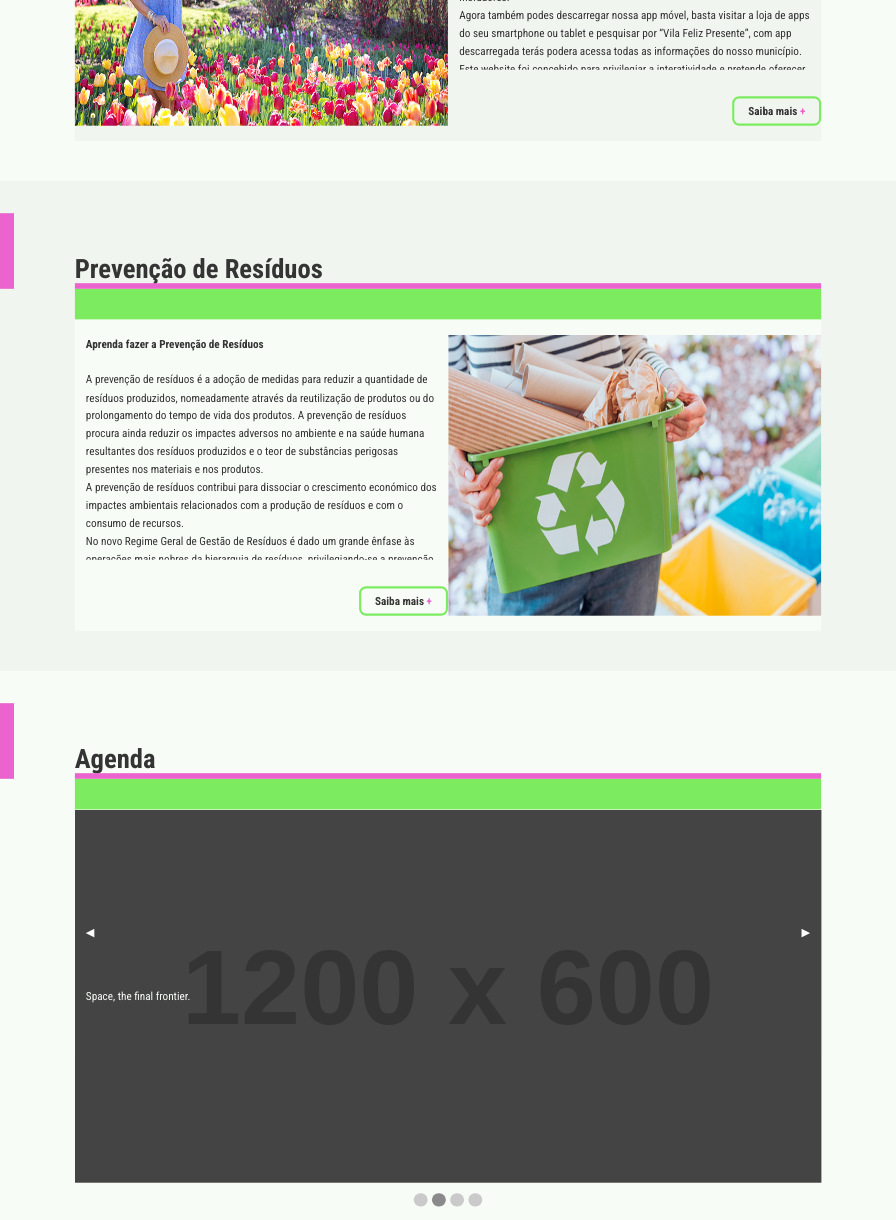
Repository: Goulart94/CmVilaFeliz
Page: index.html
These files come from the project's save history. The page is drawn as it stood at one moment and after the next save; the edit follows.
The browser window is 1280 px wide. The pictures show the part of the page from y = 3402 to 5322 px (the page is 5145 px tall before and 5322 px after), at 70% of full size.
The style sheet was rebuilt from its Sass, Less or Tailwind sources for each picture, by a compiler version that may differ from the author's.

Above is the page before, as saved 2022-05-15 22:18:16.

After the next save:
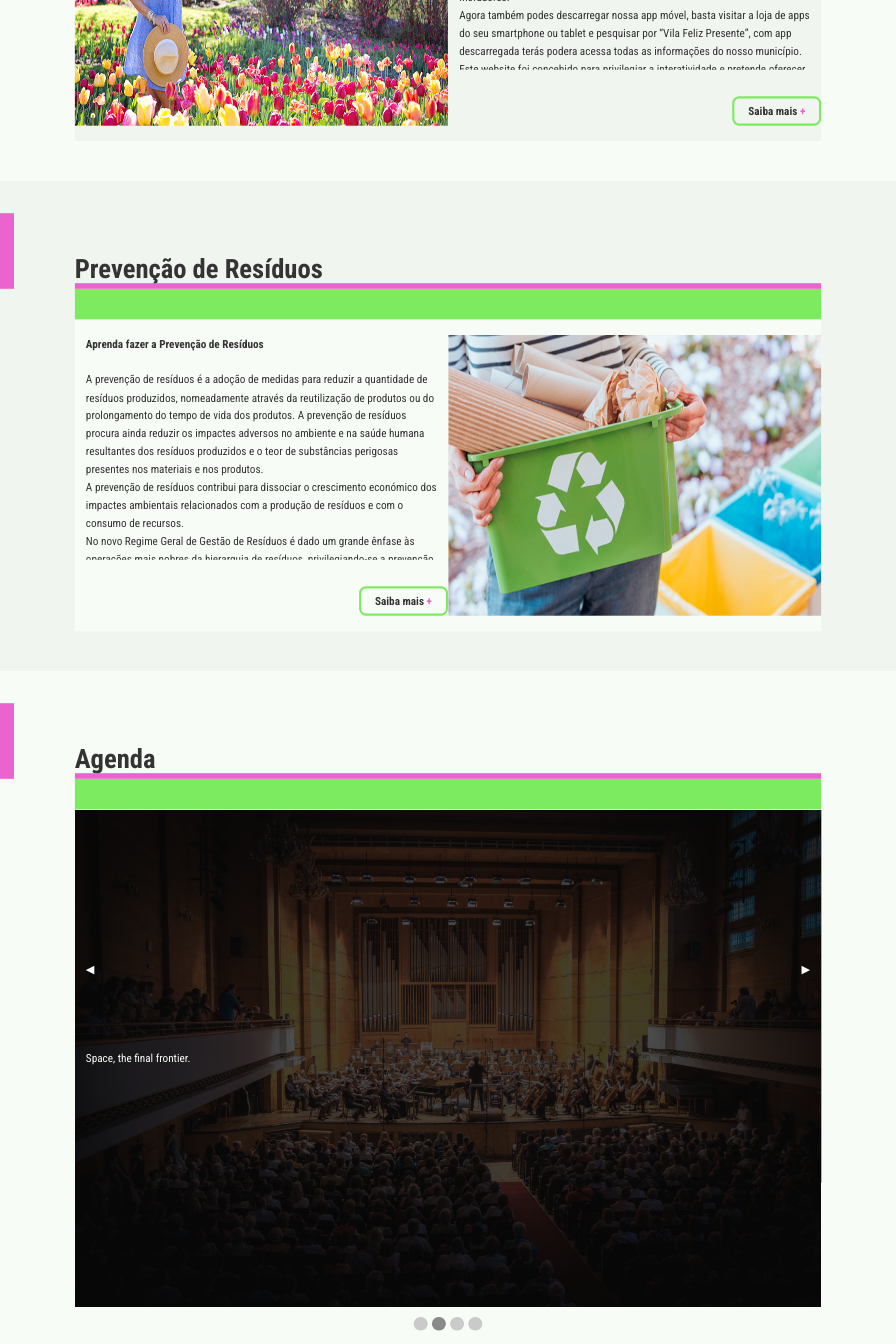
Saved 46 s later.
--- a/index.html
+++ b/index.html
@@ -366,7 +366,7 @@
             <ul class="orbit-container">
               <li class="is-active orbit-slide">
                 <figure class="orbit-figure">
-                  <img class="orbit-image" src="https://placehold.it/1200x600/999?text=Slide-1" alt="Space">
+                  <img class="orbit-image" src="./images/teste1.jpg" alt="Space">
                   <figcaption class="orbit-caption">Space, the final frontier.</figcaption>
                 </figure>
               </li>
